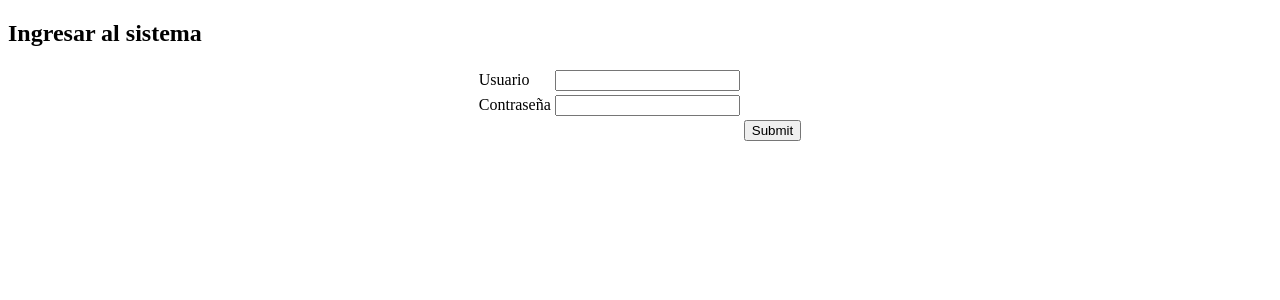
Repository: NayshaOCruz98/CL2ORTIZ
Page: http://localhost/LPII_CL2_ORTIZCRUZNAYSHA/
An editor plug-in stored every save of this project. The page is shown before and after the next save, followed by the edit.
The browser window is 1280 px wide. The pictures show the whole page.
The page is served by Tomcat 9. Other server files are loaded and not shown.

Above is the page before, as saved 2023-10-24 18:59:10.

### LPII_CL2_ORTIZCRUZNAYSHA/src/main/webapp/index.jsp


<!DOCTYPE html>
<html>
<head>
<meta http-equiv="Content-Type" content="text/html; charset=ISO-8859-1">
<title>Ventana Usuario</title>
</head>
<body>
<h2>Ingresar al sistema</h2>

<form action="ControladorServlet" method="post">

<table align="center">
<tr>
<td>Usuario</td>
<td><input type="text" name="usuario"></td>
</tr>
<tr>
<td>Contraseña</td>
<td><input type="text" name="usuario"></td>
</tr>
<tr>
<td colspan="2"></td>
<td><input type="submit" name="Registrar"></td>
</tr>

</table>
</form>



</form>
</body>
</html>

After the next save:
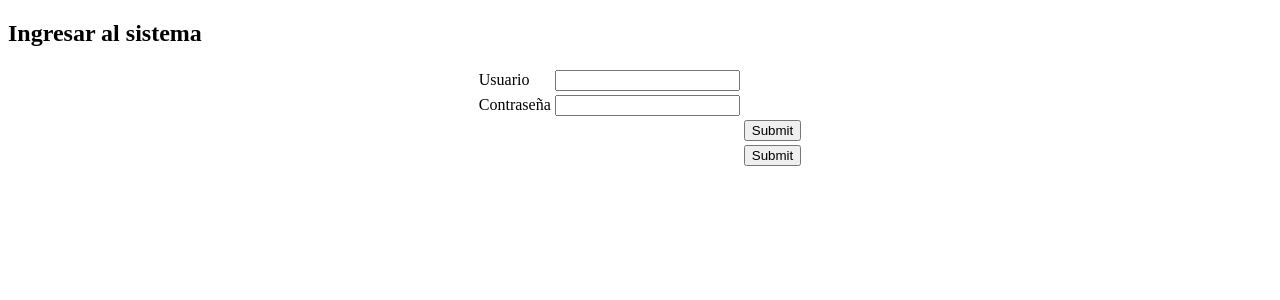
Saved 82 s later.
--- a/LPII_CL2_ORTIZCRUZNAYSHA/src/main/webapp/index.jsp
+++ b/LPII_CL2_ORTIZCRUZNAYSHA/src/main/webapp/index.jsp
@@ -24,6 +24,10 @@
 <td colspan="2"></td>
 <td><input type="submit" name="Registrar"></td>
 </tr>
+<tr>
+<td colspan="2"></td>
+<td><a href="ControladorServletprod"> <input type="submit" name="Ingresar"></td>
+</tr>
 
 </table>
 </form>
